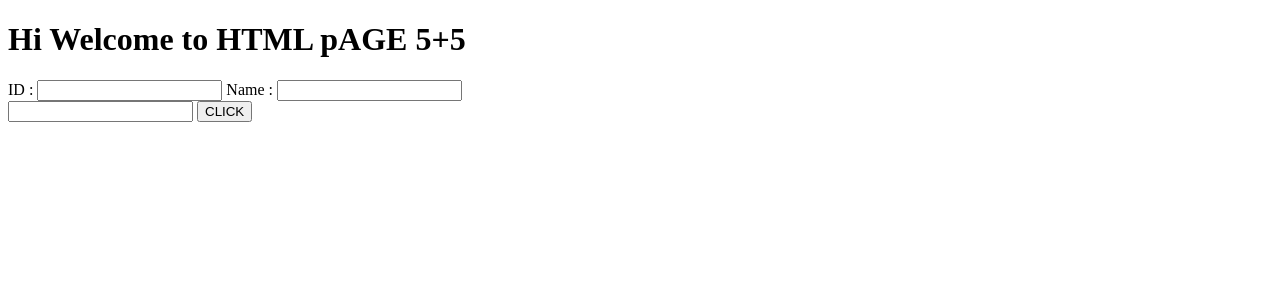
Repository: Thaneshwara848/JSP_Demo
Page: WebDemo2/src/main/webapp/index.html
The author's editor kept a copy of each file at every save. The page is drawn from the files as they stood at one save, then again after the next save.
The browser window is 1280 px wide. The pictures show the whole page.

Above is the page before, as saved 2022-08-10 15:23:16.

After the next save:
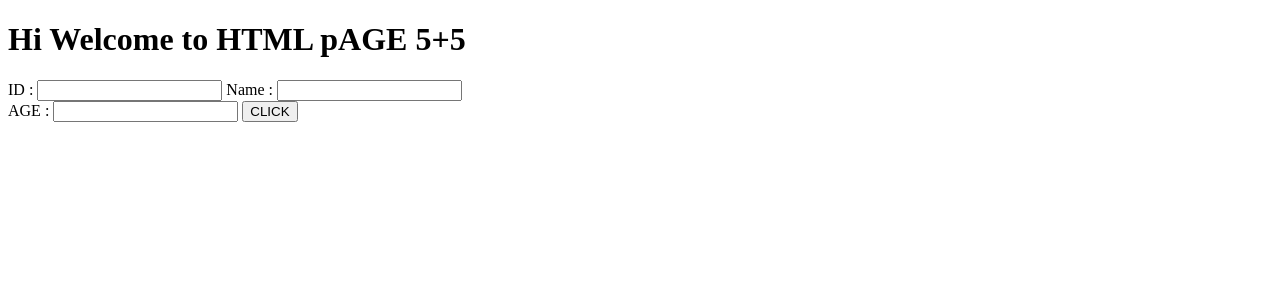
Saved 5 s later.
--- a/WebDemo2/src/main/webapp/index.html
+++ b/WebDemo2/src/main/webapp/index.html
@@ -10,7 +10,7 @@
 	<form action="Demo.jsp">
 		ID :  <input type="text" name="uid">
 		Name : <input type="text" name="uname"><br>
-		 <input type="text" name="uname">
+		AGE :  <input type="text" name="uname">
 		<input type="submit" value="CLICK">
 
 	</form>
